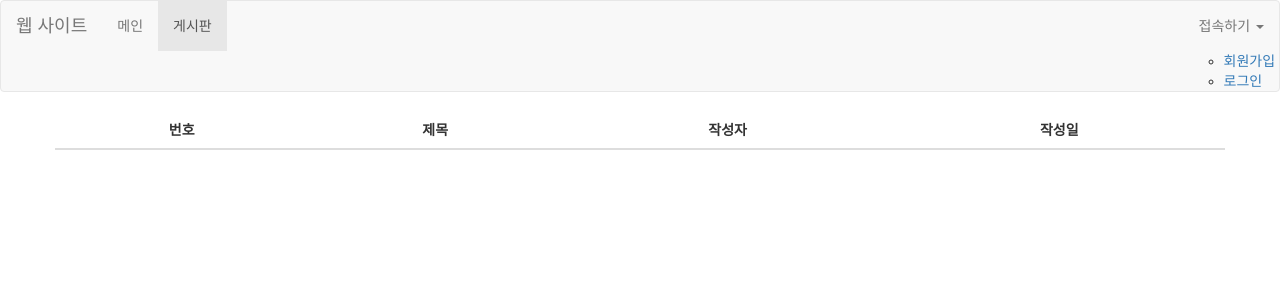
Repository: hayeon/JSP_BBS
Page: http://localhost/BBS/bbs.jsp
The author's editor kept a copy of each file at every save. The page is drawn from the files as they stood at one save, then again after the next save.
The browser window is 1280 px wide. The pictures show the whole page.
The page is served by Tomcat 9.

Above is the page before, as saved 2021-07-24 13:22:55.
Console error (its wording comes from the project's code and is left out).

After the next save:
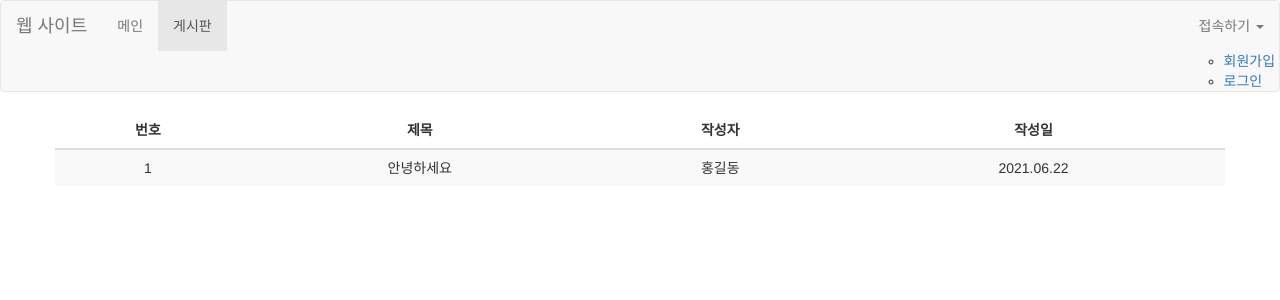
Saved 2 min 22 s later.
--- a/notice_board/BBS/WebContent/bbs.jsp
+++ b/notice_board/BBS/WebContent/bbs.jsp
@@ -13,11 +13,12 @@
 </head>
 
 <body>
-	<% //로그인 안 하면 NULL값이 담기게 됨
-		String userID = null;
-		if(session.getAttribute("userID") != null) {
-			userID = (String)session.getAttribute("userID");
-		}
+	<%
+	//로그인 안 하면 NULL값이 담기게 됨
+	String userID = null;
+	if (session.getAttribute("userID") != null) {
+		userID = (String) session.getAttribute("userID");
+	}
 	%>
 	<nav class="navbar navbar-default">
 		<!--네이게이션바-->
@@ -40,13 +41,13 @@
 			<ul class="nav navbar-nav">
 				<!--ul은 리스트를 보여줌-->
 
-				<li ><a href="main.jsp">메인 </a></li>
+				<li><a href="main.jsp">메인 </a></li>
 				<!-- 메인으로 이동함 -->
 				<li class="active"><a href="bbs.jsp">게시판 </a></li>
 				<!-- 게시판으로 이동함 -->
 			</ul>
 			<%
-				if(userID == null) { //로그인이 안되었다면
+			if (userID == null) { //로그인이 안되었다면
 			%>
 
 			<ul class="nav navbar-nav navbar-right">
@@ -75,28 +76,42 @@
 					</ul></li>
 			</ul>
 			<%
-			}%>
+			}
+			%>
 
 		</div>
 	</nav>
-	<div class ="container">
-	<div class ="row">
-		<table class="table table-striped" style ="text-align: center; border: 1px solid #ddddddd">
-			<thead>
-			<tr>
-				<th style="background-color: #eeeee; text-align: center;">번호</th>
-				<th style="background-color: #eeeee; text-align: center;">제목</th>
-				<th style="background-color: #eeeee; text-align: center;">작성자</th>
-				<th style="background-color: #eeeee; text-align: center;">작성일</th>
+	<div class="container">
+		<div class="row">
+			<table class="table table-striped"
+				style="text-align: center; border: 1px solid #ddddddd">
+				<thead>
+					<tr>
+						<th style="background-color: #eeeee; text-align: center;">번호</th>
+						<th style="background-color: #eeeee; text-align: center;">제목</th>
+						<th style="background-color: #eeeee; text-align: center;">작성자</th>
+						<th style="background-color: #eeeee; text-align: center;">작성일</th>
+					</tr>
+				</thead>
+				<tbody>
+				<tr>
+				<td>1</td>
+				<td>안녕하세요</td>
+				<td>홍길동</td>
+				<td>2021.06.22</td>
+				</tr>
+				</tbody>
+			</table>
 
-			</tr>
-		</table>
-		</thead>
 		</div>
 	</div>
 
 
-	<script	src="https://maxcdn.bootstrapcdn.com/bootstrap/3.3.7/js/bootstrap.min.js"></script>
-	<script src="js/bootstrap.js"> </script> <!-- js폴더 안에 부트스트랩 참조 -->
+	<script
+		src="https://maxcdn.bootstrapcdn.com/bootstrap/3.3.7/js/bootstrap.min.js"></script>
+	<script src="js/bootstrap.js">
+
+	</script>
+	<!-- js폴더 안에 부트스트랩 참조 -->
 </body>
 </html>
